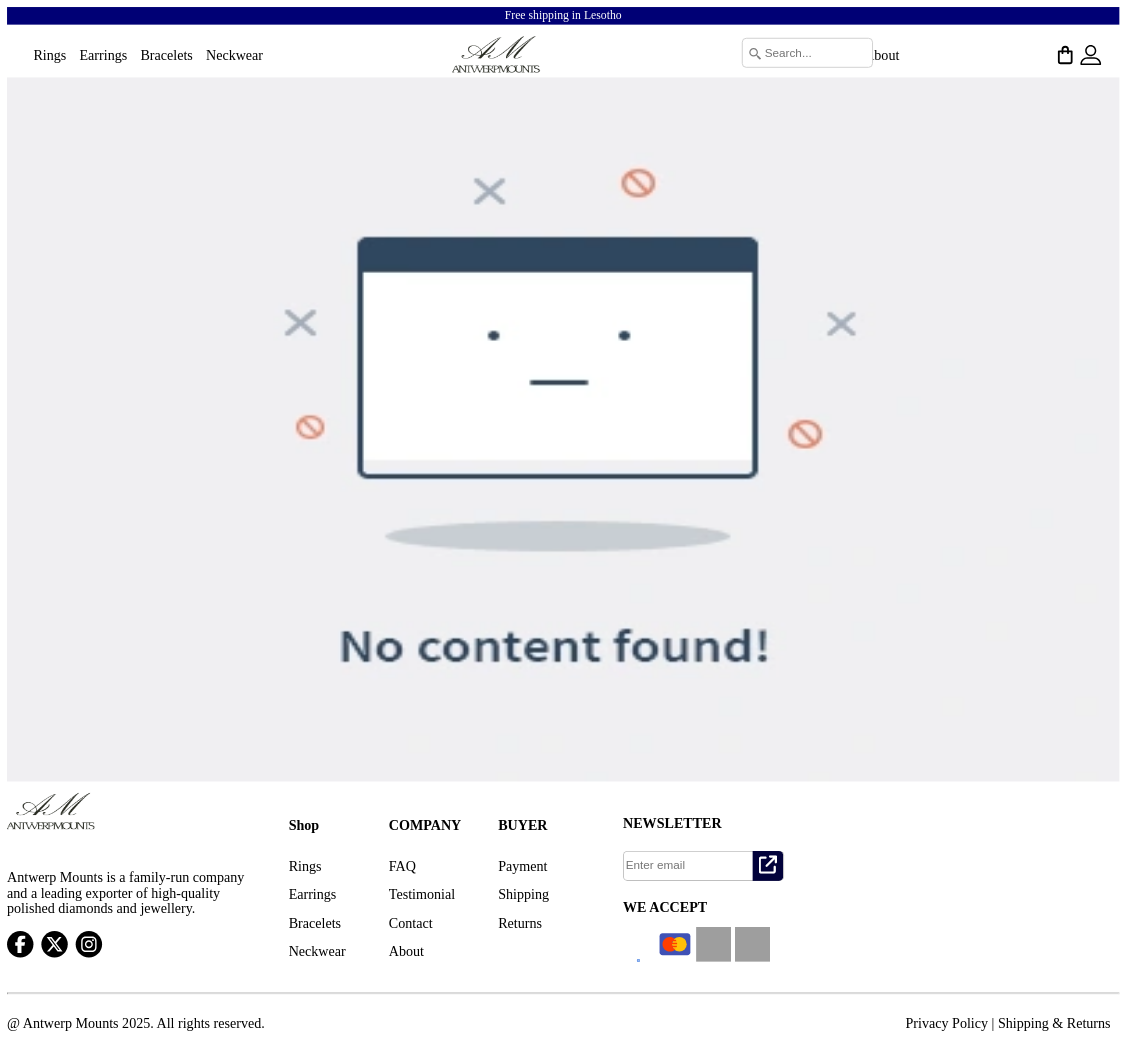
Repository: kea-0424/Web-Development-Project-1
Page: First_collaboration/JewelarySite.html
An editor plug-in stored every save of this project. The page is shown before and after the next save, followed by the edit.
The browser window is 1280 px wide. The pictures show the whole page, at 88% of full size.
Pictures or frames that could not be fetched are drawn as grey boxes.

Above is the page before, as saved 2025-01-23 12:53:35.

### First_collaboration/JewelarySite.html
<!DOCTYPE html>
<html lang="en">
<head>
    <meta charset="UTF-8">
    <meta name="viewport" content="width=device-width, initial-scale=1.0">
    <title>Document</title>
    <link rel="stylesheet" href="./JewelarySite.css">
</head>
<body>
    <header>
        <div class="notification">
            <span>Free shipping in Lesotho</span>
        </div>
        <nav>
                <ul class="navigations"  id="right_nav">
                    <li class="navbar_links"><a href="#">Rings</a></li>
                    <li class="navbar_links"><a href="#">Earrings</a></li>
                    <li class="navbar_links"><a href="#">Bracelets</a></li>
                    <li class="navbar_links"><a href="#">Neckwear</a></li>
                </ul>

            <div class="logo_container">
<img src="Main_Logo-removebg-preview.png" alt="Logo" class="main_logo" id="Nav_logo">
            </div>
                <ul class="navigations" id="left_nav">
                    <li class="navbar_links"><a href="#">FAQ</a></li>
                    <li class="navbar_links"><a href="#">Help</a></li>
                    <li class="navbar_links"><a href="#">About</a></li>
                </ul>
                <form action="#">
                    <div class="searchbar_container">
                        <img src="./bx-search-alt-2.svg" alt="icon" class="searchbar_icon">
                        <input class='searchbar' type="text" placeholder="Search...">
                    </div>
                </form>
                <div class="nav_icons">
                    <img src="./cart.svg" alt="Logo" class="icon">
                    <img src="./profile.svg" alt="Logo" class="icon">
                </div>
        </nav>
    </header>
    <main>
        <img src="./NoContent.webp" alt="No_Content" class="No_Content">
    </main>
    <footer>
        <div class="about_us">
            <div class="logo_container">
                <img src="Main_Logo-removebg-preview.png" alt="Logo" class="main_logo">
                            </div>
                            <div class="bio">
                                <p>Antwerp Mounts is a family-run company<br>
                                    and a leading exporter of high-quality<br>
                                   polished diamonds and jewellery.</p>
                            </div>
                                <div class="social_media">
                                    <div class="socials1" >
                                        <a href="#"><img src="./facebook-f-brands-solid.svg" alt="Facebook" id="facebook_link"></a>
                                    </div>
                                    <div class="socials2">
                                        <a href="#"><img src="./x-twitter-brands-solid.svg" alt="Twitter" id="X_link"></a>
                                    </div>
                                    <div class="socials2">
                                        <a href="#"><img src="./instagram-brands-solid.svg" alt="Instagram" id="instagram_link"></a>
                                    </div>
                                    </div>
        </div>
        <div class="navigation">
            <div class="list1">
                <h4>Shop</h4>
                <ul class="footer_lists">
                    <li><a href="#">Rings</a></li>
                    <li><a href="#">Earrings</a></li>
                    <li><a href="#">Bracelets</a></li>
                    <li><a href="#">Neckwear</a></li>
                </ul>
            </div>
            <div class="list2">
               <h4>COMPANY</h4>
               <ul class="footer_lists">
                <li><a href="#">FAQ</a></li>
                <li><a href="#">Testimonial</a></li>
                <li><a href="#">Contact</a></li>
                <li><a href="#">About</a></li>
               </ul>
            </div>
            <div class="list3">
                <h4>BUYER</h4>
                <ul class="footer_lists">
                    <li><a href="#">Payment</a></li>
                    <li><a href="#">Shipping</a></li>
                    <li><a href="#">Returns</a></li>
                </ul>
            </div>
        </div>
        <div class="Subscription">
            <h4>NEWSLETTER</h4>
            <form action="#">
                <div class="input_container">
                    <input type="text" placeholder="Enter email" class="newsletter_input">
                    <button type="submit" class="submit_btn"><img src="./arrow-up-right-from-square-solid.svg" alt="arrow"></button>
                </div>
            </form>
            <h4>WE ACCEPT</h4>
            <div class="payment_methods">
                <div class="payment_method">
                    <img src="./cc-visa-brands-solid.svg" alt="visa" id="visa">
                </div>
                <div class="payment_method">
                    <img src="mastercard.svg" alt="mastercard" id="mastercard">
                </div>
                <div class="payment_method">
                    <img src="./paypal.svg" alt="paypal" id="paypal">
        </div>
        <div class="payment_method">
            <img src="./skrill.svg" alt="skrill" id="skrill">
        </div>
            </div>
        </div>
        <hr>
        <div class="copyright">
            <p class="left_details">@ Antwerp Mounts 2025. All rights reserved.</p>
            <p class="right_details">Privacy Policy | Shipping & Returns</p>
        </div>
    </footer>
</body>
</html>

### First_collaboration/JewelarySite.css

body {
    box-sizing: border-box;
}
.notification {
    background-color: rgb(0 0 117);
    color: rgb(255 255 255);
    display: flex;
    align-items: center;
    justify-content: center;
    font-size: smaller;
    width: inherit;
    height: 20px;
}
nav {
    display: flex;
    justify-content: space-between;
    /*padding: 10px;*/
}
.main_logo {
    height: 80px;
    width: 100px;
    margin-top: 0;

}
#Nav_logo {
    margin: 0 auto;
    position: absolute;
    left: 40%;
}
.navigations,.navbar_links {
    list-style-type: none;
    display: flex;
    justify-content: space-between;
list-style: none;
text-decoration: none;
color: inherit;
margin-right: 15px;
padding: 0;
}
nav {
    position:relative;
    width: 100%;
    height: 60px
}

a {
    text-decoration: none;
color: inherit;
}
a:hover {
    /*font-size: larger;*/
    transition: font-size 0.2s ease-in-out;
    position: relative;
    /*background-color: blue;*/
    color: rgba(0 0 255 / 0.26);
    border-radius: 3px;
}
main,.No_Content {
    width: 100%;
    height: 800px;
}
.searchbar {
    width: 120px;
    height: 30px;
    border-radius: 5px;
    border: 1px solid #ccc;
    margin-top: 18px;
    padding-left: 25px;
    position: absolute;
    bottom: 1px;
}
.searchbar_container{
/*border: 1px solid red;*/
    width: 120px;
    height: 30px;
    position: relative;
    left: 300px;
    top: 20px;
}
.searchbar_icon{
    position: absolute;
    z-index: 1;
    margin-left: 7px;
    opacity: 0.5;
    height: 17px;
    width: 17px;
    top: 5px;
}
.navbar_links {
    margin-top: 10px;
}
.icon {
    width: 25px;
    height: 25px;
    margin-top: 22px;
}
#left_nav{
    position: absolute;
    right: 220px;
}
#right_nav {
    position: absolute;
    left: 30px;
}
.nav_icons {
    margin-right: 20px;
}
.socials1, .socials2, .socials3 {
   /*border: 1px solid red;*/
    display: inline-block;
    height: 30px;
    width: 30px;
    background-color: black;
    border-radius: 50%;
    margin-right: 5px;
    padding: 5px;
    box-sizing: border-box;
}
.bio {
    /*border: 1px solid red;*/
    display: inline-block;
}
#facebook_link{
    height: 20px;
    width: 20px;
}
#instagram_link {
    height: 20px;
    width: 20px;
}
#X_link {
    height: 20px;
    width: 20px;
    display: inline-block;
}
/*.list1,.list2,.list3*/.navigation{
    /*border: 1px solid red;*/
    display: inline-block;
    position: absolute;
    left: 320px;
    top: 20px;
box-sizing: border-box;
}
footer {
    /*border: 1px solid red;*/
    position: relative;
}
.list1,.list2,.list3 {
    /*border: 1px solid red;*/
    display: inline-block;
    box-sizing: border-box;
    margin-right: 5px;
}
.list3 {
    position: relative;
    bottom: 32px;
}
.footer_lists {
    position: relative;
    right: 40px;
    list-style: none;
    line-height: 2em;
}
.input_container{
    /*border: 1px solid red;*/
    display: inline;
    height: 33px;
    position: relative;
    border-radius: 5px;
    z-index: 1
}
.newsletter_input {
    height: 30px;
    overflow: hidden;
    border-radius: 5px;
    border: 1px solid rgba(0 0 0 / 0.25);
    /*z-index: 1;*/
}
.submit_btn {
    background-color: rgb(2 2 59);
    border: 1px solid transparent;
    height: 34px;
    width: 35px;
    position: absolute;
right: 1px;
    border-radius:0px 5px 5px 0px;
}
#visa, #mastercard, #paypal, #skrill {
    height: 40px;
    width: 40px;
}
#visa {
    height: 3px;
    width: 35px;
}
#visa:hover, #mastercard:hover, #paypal:hover, #skrill:hover {
    height: 50px;
    width: 50px;
}
.payment_method {
    /*border: 1px solid red;*/
    display: inline-block;
    position: relative;
    bottom: 8px;
}
.Subscription {
/*border: 1px solid red;*/
display: inline;
position: absolute;
left: 700px;
top:18px;
}
hr {
    margin-top: 40px;
}
.copyright {
   /* border: 1px solid red;*/
    position: relative;
}
.left_details {
    /*border: 1px solid red;*/
    display: inline-block;
}
.right_details {
    /*border: 1px solid red;*/
    display: inline;
    position: absolute;
    right: 10px;
}

After the next save:
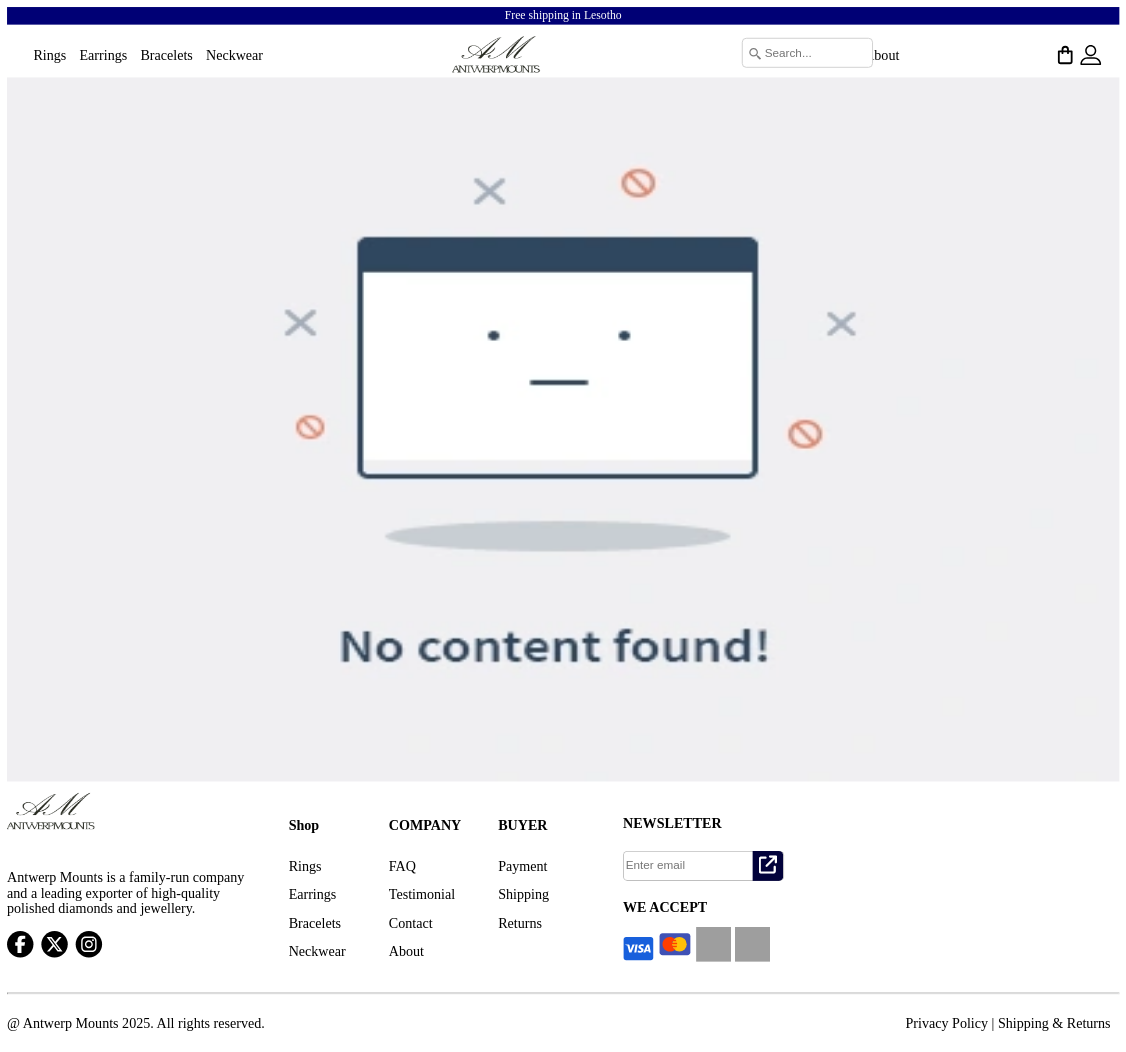
Saved 4 s later.
--- a/First_collaboration/JewelarySite.css
+++ b/First_collaboration/JewelarySite.css
@@ -191,7 +191,7 @@ right: 1px;
     width: 40px;
 }
 #visa {
-    height: 3px;
+    height: 30px;
     width: 35px;
 }
 #visa:hover, #mastercard:hover, #paypal:hover, #skrill:hover {
